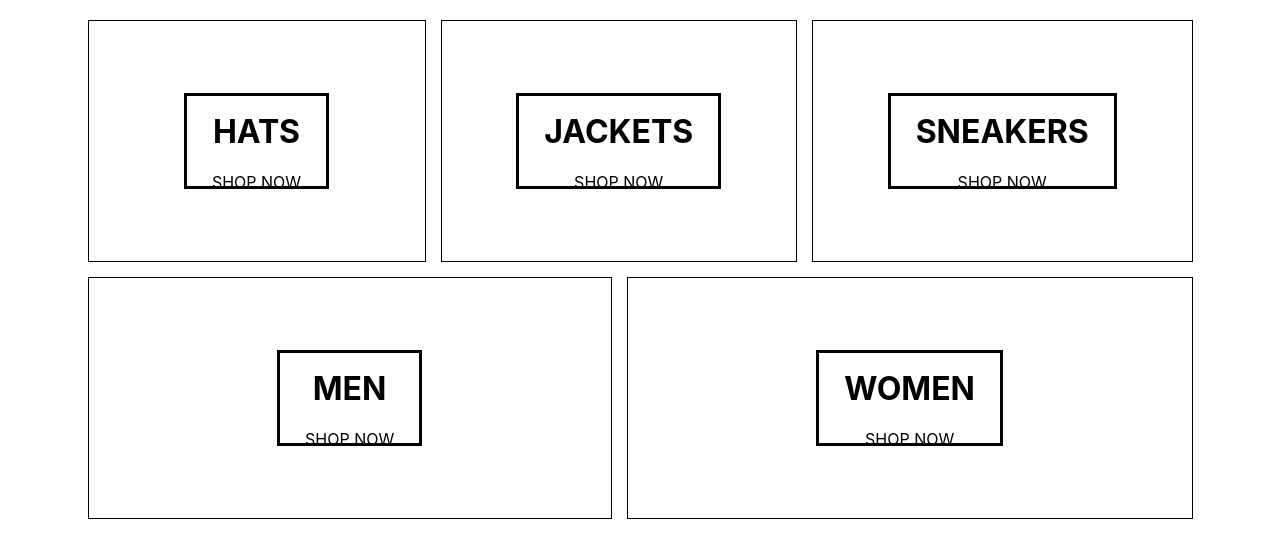
Repository: nepfri/crwn-clothing
Page: /
The author's editor kept a copy of each file at every save. The page is drawn from the files as they stood at one save, then again after the next save.
The browser window is 1280 px wide. The pictures show the whole page.
The project was rebuilt for these pictures with package versions that can differ from the ones it lists, and the page was loaded fresh each time. Also part of the build but not shown: src/App.css.

Above is the page before, as saved 2021-10-13 14:02:17.

### src/App.js
import "./App.css";
import Homepage from "./homepage.component";

function App() {
  return (
    <div>
      <Homepage></Homepage>
    </div>
  );
}

export default App;

### src/homepage.component.jsx
import React from "react";
import './homepage.styles.scss';

const Homepage = () => {
  return (
    <div className="homepage">
      <div className="directory-menu">
        <div className="menu-item">
          <div className="content">
            <h1 classname="title">HATS</h1>
            <span classname="subtitle">SHOP NOW</span>
          </div>
        </div>

        <div className="menu-item">
          <div className="content">
            <h1 classname="title">JACKETS</h1>
            <span classname="subtitle">SHOP NOW</span>
          </div>
        </div>

        <div className="menu-item">
          <div className="content">
            <h1 classname="title">SNEAKERS</h1>
            <span classname="subtitle">SHOP NOW</span>
          </div>
        </div>

        <div className="menu-item">
          <div className="content">
            <h1 classname="title">MEN</h1>
            <span classname="subtitle">SHOP NOW</span>
          </div>
        </div>

        <div className="menu-item">
          <div className="content">
            <h1 classname="title">WOMEN</h1>
            <span classname="subtitle">SHOP NOW</span>
          </div>
        </div>
      </div>
    </div>
  );
};

export default Homepage;

### src/homepage.styles.scss
.homepage {
  display: flex;
  flex-direction: column;
  align-items: center;
  padding: 20px 80px;
}

.directory-menu {
  width: 100%;
  display: flex;
  flex-wrap: wrap;
  justify-content: space-between;
}

.menu-item {
  min-width: 30%;
  height: 240px;
  flex: 1 1 auto;
  display: flex;
  align-items: center;
  justify-content: center;
  border: 1px solid black;
  margin: 0 7.5px 15px;

  &:first-child {
    margin-right: 7.5px;
  }

  &:last-child {
    margin-left: 7.5px;
  }

  .content {
    height: 90px;
    padding: 0 25px;
    display: flex;
    flex-direction: column;
    align-items: center;
    justify-content: center;
    border: 3px solid black;
  }

  .title {
    font-weight: bold;
    margin-bottom: 6px;
    font-size: 22px;
    color: #4a4a4a;
  }

  .subtitle {
    font-weight: lighter;
    font-size: 16px;
  }
}

Loaded but not shown: public/index.html (common file); src/index.js (common file); src/index.css (common file)

After the next save:
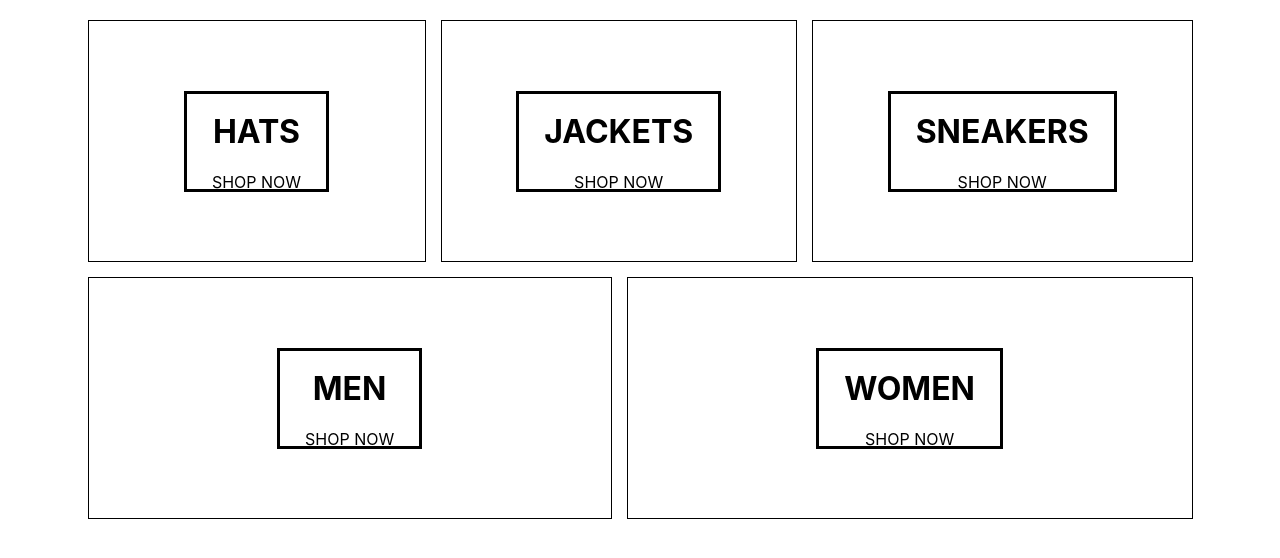
Saved 23 s later.
--- a/src/homepage.styles.scss
+++ b/src/homepage.styles.scss
@@ -31,7 +31,7 @@
   }
 
   .content {
-    height: 90px;
+    height: 95px;
     padding: 0 25px;
     display: flex;
     flex-direction: column;
